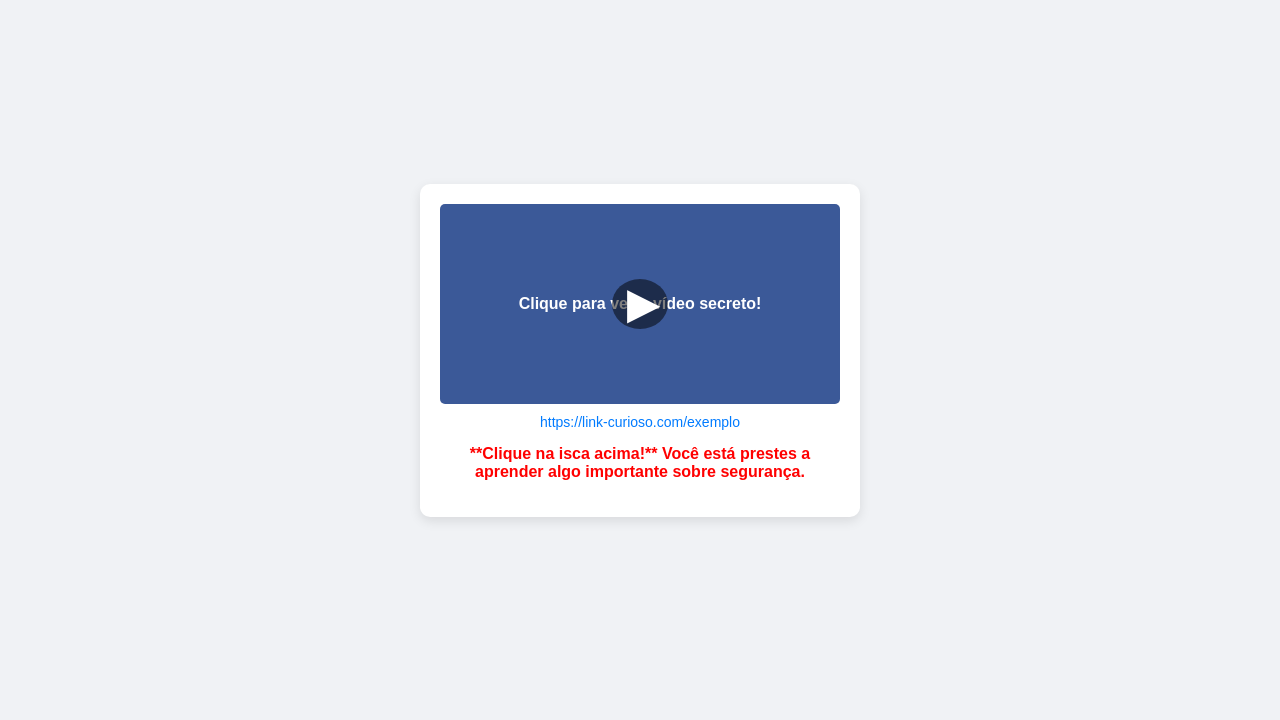
Repository: Valmir-Goncalves/projetoAlertaPhishing
Page: index.html
An editor plug-in stored every save of this project. The page is shown before and after the next save, followed by the edit.
The browser window is 1280 px wide. The pictures show the whole page.

Above is the page before, as saved 2025-11-09 08:48:17.

### index.html
<!DOCTYPE html>
<html lang="pt-BR">
<head>
    <meta charset="UTF-8">
    <meta name="viewport" content="width=device-width, initial-scale=1.0">
    <title>Aviso de Phishing - Projeto Educacional</title>
    <link rel="stylesheet" href="style.css">
</head>
<body>

    <div id="isca-container">
        <a href="#" id="phishing-link">
            <div class="video-preview">
                <p>Clique para ver o vídeo secreto!</p>
                <div class="play-button">▶</div>
            </div>
            <p class="link-url">https://link-curioso.com/exemplo</p>
        </a>
        <p class="instrucao">**Clique na isca acima!** Você está prestes a aprender algo importante sobre segurança.</p>
    </div>

    <div id="alerta-educacional" class="oculto">
        <div class="conteudo-alerta">
            <h1 class="titulo-alerta">🚨 PARABÉNS! VOCÊ EVITOU UM GOLPE DE PHISHING REAL! 🚨</h1>

            <p>Se esta fosse uma situação real, o link acima poderia ter roubado suas informações. **Este programa tem o único objetivo de te alertar sobre o perigo de clicar em links desconhecidos.**</p>

            <h3>O Que é Phishing?</h3>
            <ul>
                <li>É uma técnica de **engenharia social** usada por golpistas para se passar por uma entidade confiável (como um banco ou rede social).</li>
                <li>Eles criam **urgência ou curiosidade** (ex: "Sua conta foi hackeada!" ou "Clique para ver esta foto!") para te fazer clicar sem pensar.</li>
                <li>Ao clicar, eles podem roubar suas credenciais, instalar malware, ou pedir informações bancárias.</li>
            </ul>

            <button id="fechar-alerta">Entendi o Perigo!</button>
        </div>
    </div>

    <script src="script.js"></script>
</body>
</html>

### style.css
body {
    font-family: sans-serif;
    display: flex;
    flex-direction: column;
    align-items: center;
    justify-content: center;
    min-height: 100vh;
    margin: 0;
    background-color: #f0f2f5;
    text-align: center;
}

#isca-container {
    background-color: white;
    padding: 20px;
    border-radius: 10px;
    box-shadow: 0 4px 12px rgba(0, 0, 0, 0.1);
    width: 90%;
    max-width: 400px;
    margin-bottom: 20px;
}

#phishing-link {
    text-decoration: none;
    color: inherit;
    display: block;
    cursor: pointer;
}

.video-preview {
    background-color: #3b5998; /* Cor que simula preview de rede social */
    height: 200px;
    display: flex;
    flex-direction: column;
    align-items: center;
    justify-content: center;
    color: white;
    border-radius: 5px;
    margin-bottom: 10px;
    position: relative;
    font-weight: bold;
}

.play-button {
    font-size: 40px;
    background-color: rgba(0, 0, 0, 0.5);
    border-radius: 50%;
    padding: 5px 10px 5px 15px;
    line-height: 1;
    position: absolute;
}

.link-url {
    color: #007bff;
    font-size: 14px;
    margin-top: 5px;
    word-break: break-all;
}

.instrucao {
    color: #ff0000;
    margin-top: 15px;
    font-weight: bold;
}

/* ESTILIZAÇÃO DO ALERTA (que cobre a tela) */
#alerta-educacional {
    position: fixed;
    top: 0;
    left: 0;
    width: 100%;
    height: 100%;
    background-color: rgba(0, 0, 0, 0.85); /* Fundo escuro */
    display: flex;
    align-items: center;
    justify-content: center;
    z-index: 1000;
    padding: 20px;
    box-sizing: border-box;
}

.conteudo-alerta {
    background-color: #fff;
    padding: 30px;
    border-radius: 10px;
    max-width: 600px;
    box-shadow: 0 0 20px rgba(255, 0, 0, 0.5); /* Sombra de alerta */
    color: #333;
}

.titulo-alerta {
    color: #d9534f; /* Vermelho de alerta */
    margin-top: 0;
    font-size: 1.5em;
    border-bottom: 2px solid #d9534f;
    padding-bottom: 10px;
    margin-bottom: 20px;
}

/* CLASSE PRINCIPAL PARA OCULTAR ELEMENTOS */
.oculto {
    display: none !important;
}

#fechar-alerta {
    background-color: #5cb85c; /* Verde de sucesso/entendimento */
    color: white;
    border: none;
    padding: 10px 20px;
    border-radius: 5px;
    cursor: pointer;
    margin-top: 20px;
    font-size: 1em;
    transition: background-color 0.3s;
}

#fechar-alerta:hover {
    background-color: #4cae4c;
}

### script.js
document.addEventListener('DOMContentLoaded', function() {
    // Referencia os elementos HTML
    const phishingLink = document.getElementById('phishing-link');
    const alertaEducacional = document.getElementById('alerta-educacional');
    const fecharAlerta = document.getElementById('fechar-alerta');
    const iscaContainer = document.getElementById('isca-container');

    // 1. Ação ao clicar no Link/Isca
    phishingLink.addEventListener('click', function(event) {
        // Impede que o navegador siga o link (essencial para simular o ataque)
        event.preventDefault();

        // Oculta a área da isca para dar foco total ao alerta
        iscaContainer.classList.add('oculto');

        // Remove a classe 'oculto' e mostra o alerta educativo
        alertaEducacional.classList.remove('oculto');
    });

    // 2. Ação ao clicar no botão "Entendi o Perigo!"
    fecharAlerta.addEventListener('click', function() {
        // Esconde o alerta
        alertaEducacional.classList.add('oculto');

        // Volta a mostrar a isca
        iscaContainer.classList.remove('oculto');
    });
});

After the next save:
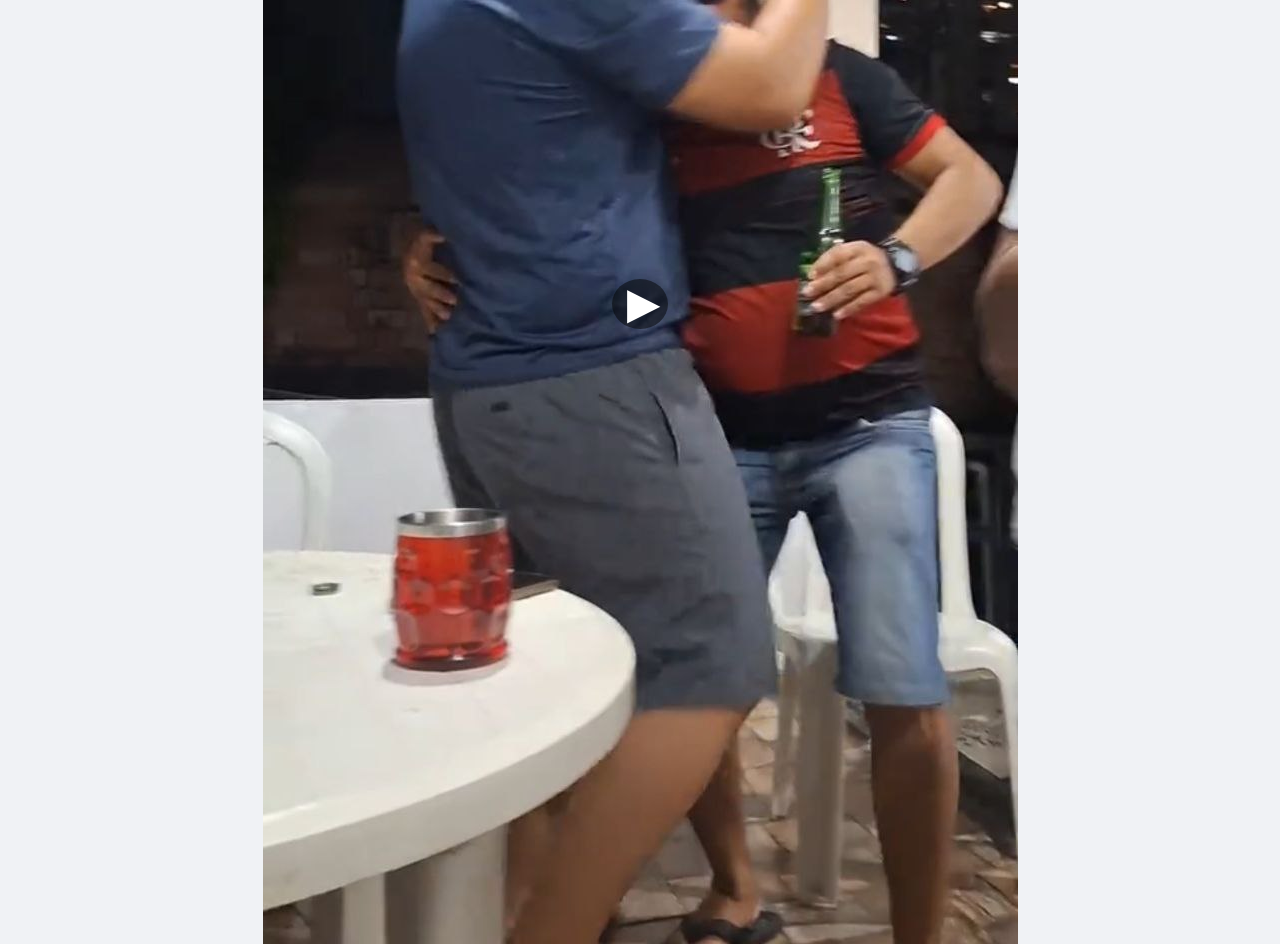
Console error: TypeError: Cannot read properties of null (reading 'addEventListener')
Saved 3 min 0 s later.
--- a/index.html
+++ b/index.html
@@ -3,18 +3,24 @@
 <head>
     <meta charset="UTF-8">
     <meta name="viewport" content="width=device-width, initial-scale=1.0">
-    <title>Aviso de Phishing - Projeto Educacional</title>
+    <title>ALERTA DE PHISHING: Clique com Cuidado!</title>
     <link rel="stylesheet" href="style.css">
-</head>
+
+    <meta property="og:title" content="Viralizou: O que sua namorada faz? 😱" />
+    <meta property="og:description" content="Assista o vídeo do TikTok antes que seja deletado!" />
+    <meta property="og:image" content="URL_DIRETA_DA_IMAGEM_FAR1.JPG" />
+    <meta property="og:url" content="URL_DO_SEU_PROJETO_HOSPEDADO" />
+    <meta property="og:type" content="video.other" />
+    </head>
 <body>
 
     <div id="isca-container">
-        <a href="#" id="phishing-link">
+        <a href="https://site-falso.com.br/video" id="phishing-link">
             <div class="video-preview">
-                <p>Clique para ver o vídeo secreto!</p>
+                <img src="far1.jpg" alt="Preview de Vídeo TikTok" class="video-image">
                 <div class="play-button">▶</div>
             </div>
-            <p class="link-url">https://link-curioso.com/exemplo</p>
+            <p class="link-url">vt.tiktok.com/ZSyQ2pyB2/</p>
         </a>
         <p class="instrucao">**Clique na isca acima!** Você está prestes a aprender algo importante sobre segurança.</p>
     </div>
@@ -27,12 +33,26 @@
 
             <h3>O Que é Phishing?</h3>
             <ul>
-                <li>É uma técnica de **engenharia social** usada por golpistas para se passar por uma entidade confiável (como um banco ou rede social).</li>
-                <li>Eles criam **urgência ou curiosidade** (ex: "Sua conta foi hackeada!" ou "Clique para ver esta foto!") para te fazer clicar sem pensar.</li>
-                <li>Ao clicar, eles podem roubar suas credenciais, instalar malware, ou pedir informações bancárias.</li>
+                <li>É uma técnica de **engenharia social** usada por golpistas.</li>
+                <li>Eles criam **urgência ou curiosidade** para te fazer clicar sem pensar.</li>
             </ul>
 
-            <button id="fechar-alerta">Entendi o Perigo!</button>
+            <button id="complex-action-button">
+                <p style="margin: 0;">Eu quero ver o Vídeo Completo Agora!</p>
+            </button>
+        </div>
+    </div>
+
+    <div id="complex-action-overlay" class="oculto">
+        <div class="conteudo-complexo">
+            <h2 style="color: red;">SIMULAÇÃO DE ATAQUE INICIADA</h2>
+            <h3 style="color: #00ff00;">Seu celular foi Rackeado! Você acabou de perder o controle de seu celular!</h3>
+
+            <img src="xsg.jpg" alt="Sistema de Aviso" id="audio-visualizer-image">
+
+            <audio id="warning-audio" src="warning-audio.mp3" preload="auto"></audio>
+
+            <button id="sair-button" class="oculto">Voltar ao WhatsApp</button>
         </div>
     </div>
 
